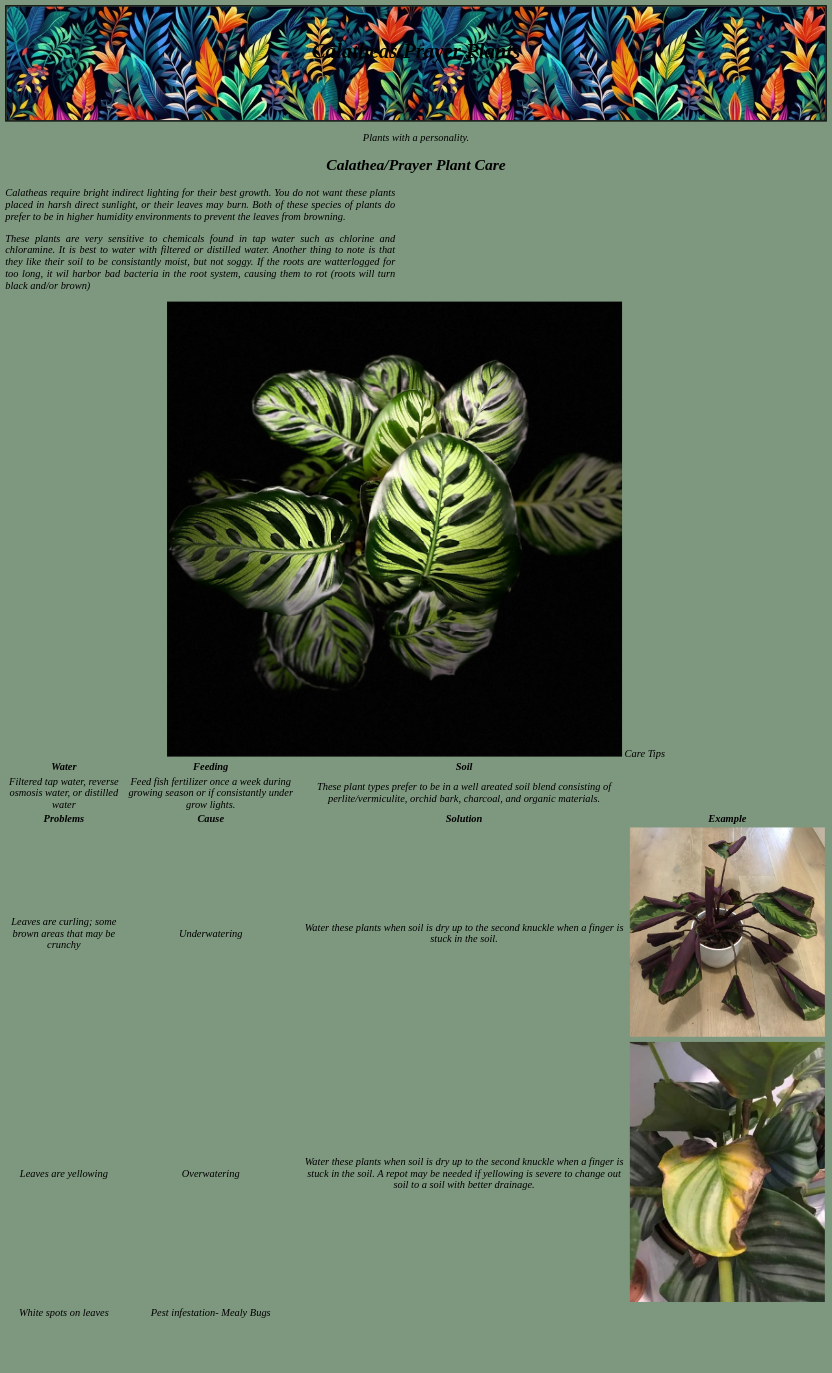
Repository: swillis91/odin-recipies
Page: Planty Page/calatheas.html
The author's editor kept a copy of each file at every save. The page is drawn from the files as they stood at one save, then again after the next save.
The browser window is 1280 px wide. The pictures show the whole page, at 65% of full size.

Above is the page before, as saved 2023-08-11 00:08:47.

### Planty Page/calatheas.html
<!DOCTYPE html>
    <html>
        <head>
            <title>Calatheas</title>
            <link href="style.css" rel="stylesheet"
        </head>
        <body>
            <h1 class="heading">Calatheas/Prayer Plants</h1>
              <p>Plants with a personality.</p>
            <h2>Calathea/Prayer Plant Care</h2>
              <p class="care">Calatheas require bright indirect lighting for their best growth. You do not want these plants placed in harsh direct sunlight, or their leaves may burn. Both of these species of plants do prefer to be in higher humidity environments to prevent the leaves from browning.</p>
              <p class="care">These plants are very sensitive to chemicals found in tap water such as chlorine and chloramine. It is best to water with filtered or distilled water. Another thing to note is that they like their soil to be consistantly moist, but <em>not</em> soggy. If the roots are watterlogged for too long, it wil harbor bad bacteria in the root system, causing them to rot (roots will turn black  and/or brown)</p>
                <img src="./Images/makoyana.webp" id="calathea makoyana" width="700px">
            <thead>Care Tips</thead>
            <table>
                <tr>
                    <th>Water</th>
                    <th>Feeding</th>
                    <th>Soil</th>
                </tr>
                <tr>
                    <td>Filtered tap water, reverse osmosis water, or distilled water</td>
                    <td>Feed fish fertilizer once a week during growing season or if consistantly under grow lights.</td>
                    <td>These plant types prefer to be in a well areated soil blend consisting of perlite/vermiculite, orchid bark, charcoal, and organic materials.</td>
                </tr>
                <tr>
                    <th>Problems</th>
                    <th>Cause</th>
                    <th>Solution</th>
                    <th>Example</th>
                </tr>
                <tr>
                    <td>Leaves are curling; some brown areas that may be crunchy</td>
                    <td>Underwatering</td>
                    <td>Water these plants when soil is dry up to the second knuckle when a finger is stuck in the soil.</td>
                    <td><img src='./Images/underwateredcalathea.jpg' width="300px"> </td>
                </tr>
                <tr>
                    <td>Leaves are yellowing</td>
                    <td>Overwatering</td>
                    <td>Water these plants when soil is dry up to the second knuckle when a finger is stuck in the soil. A repot may be needed if yellowing is severe to change out soil to a soil with better drainage.</td>
                    <td><img src="./Images/overwateredcalathea.webp" width="300px"> </td>
                </tr>
                <tr>
                    <td>White spots on leaves</td>
                    <td>Pest infestation- Mealy Bugs</td>
                    <td></td>
                </tr>
            </table>
        </body>
    </html>

### Planty Page/style.css
body{
    background-color: rgb(126, 152, 127);
    color:black;
    text-align: center;
    font-family:cursive;
    font-style: oblique;
}

.heading{
    color: rgba(0, 0, 0, 0.974);
    border: 2px solid rgb(0, 3, 3);
    background-image: url('Images/banner.jpg');
    height: 75px;
    margin: 0 auto;
    padding:50px 20px;

}

.care{
    text-align: justify;
    width: 600px;

}

#calathea-makoyana{
    width: 500px;
    Height: auto:
}

table{

}

After the next save:
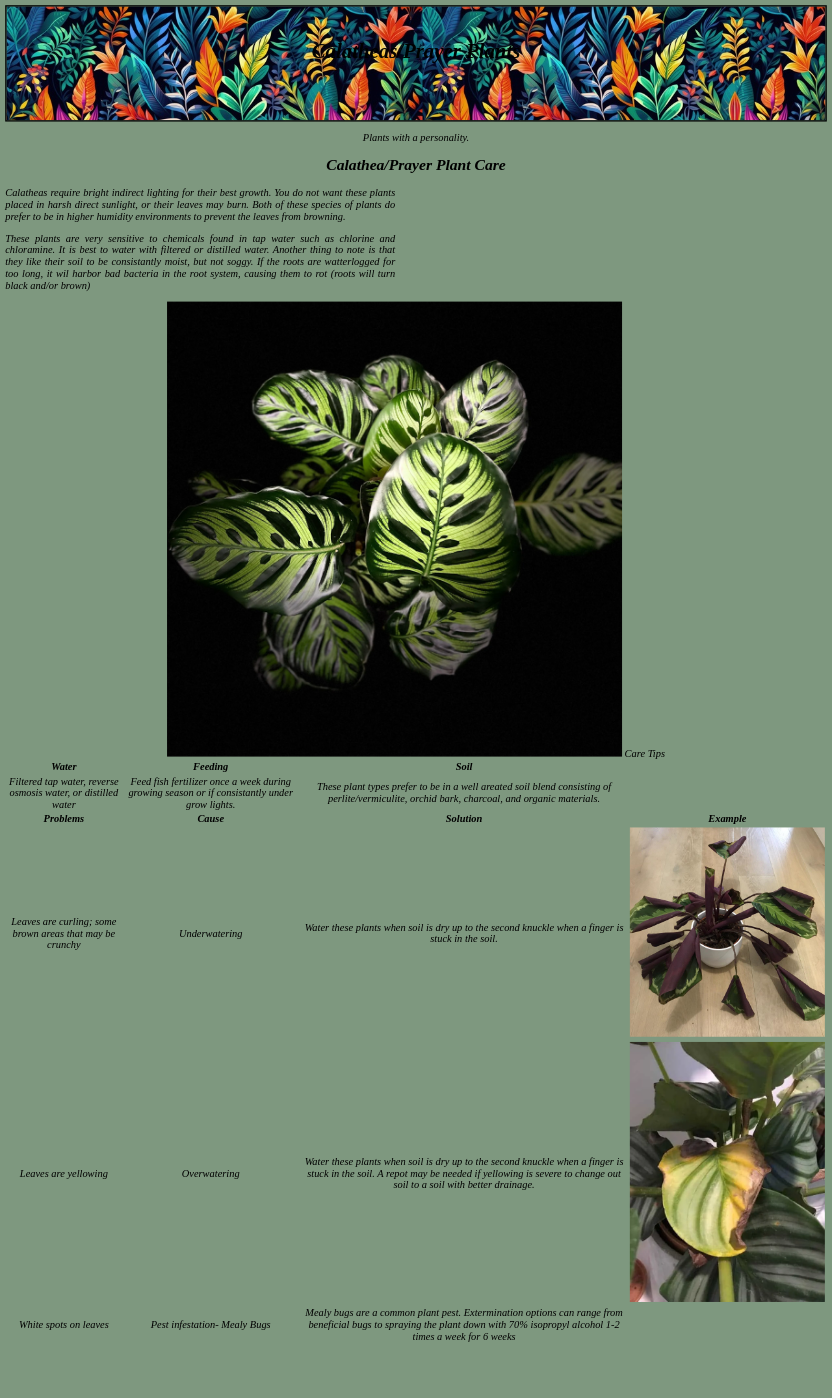
Saved 77 s later.
--- a/Planty Page/calatheas.html
+++ b/Planty Page/calatheas.html
@@ -44,7 +44,7 @@
                 <tr>
                     <td>White spots on leaves</td>
                     <td>Pest infestation- Mealy Bugs</td>
-                    <td></td>
+                    <td>Mealy bugs are a common plant pest. Extermination options can range from beneficial bugs to spraying the plant down with 70% isopropyl alcohol 1-2 times a week for 6 weeks</td>
                 </tr>
             </table>
         </body>
